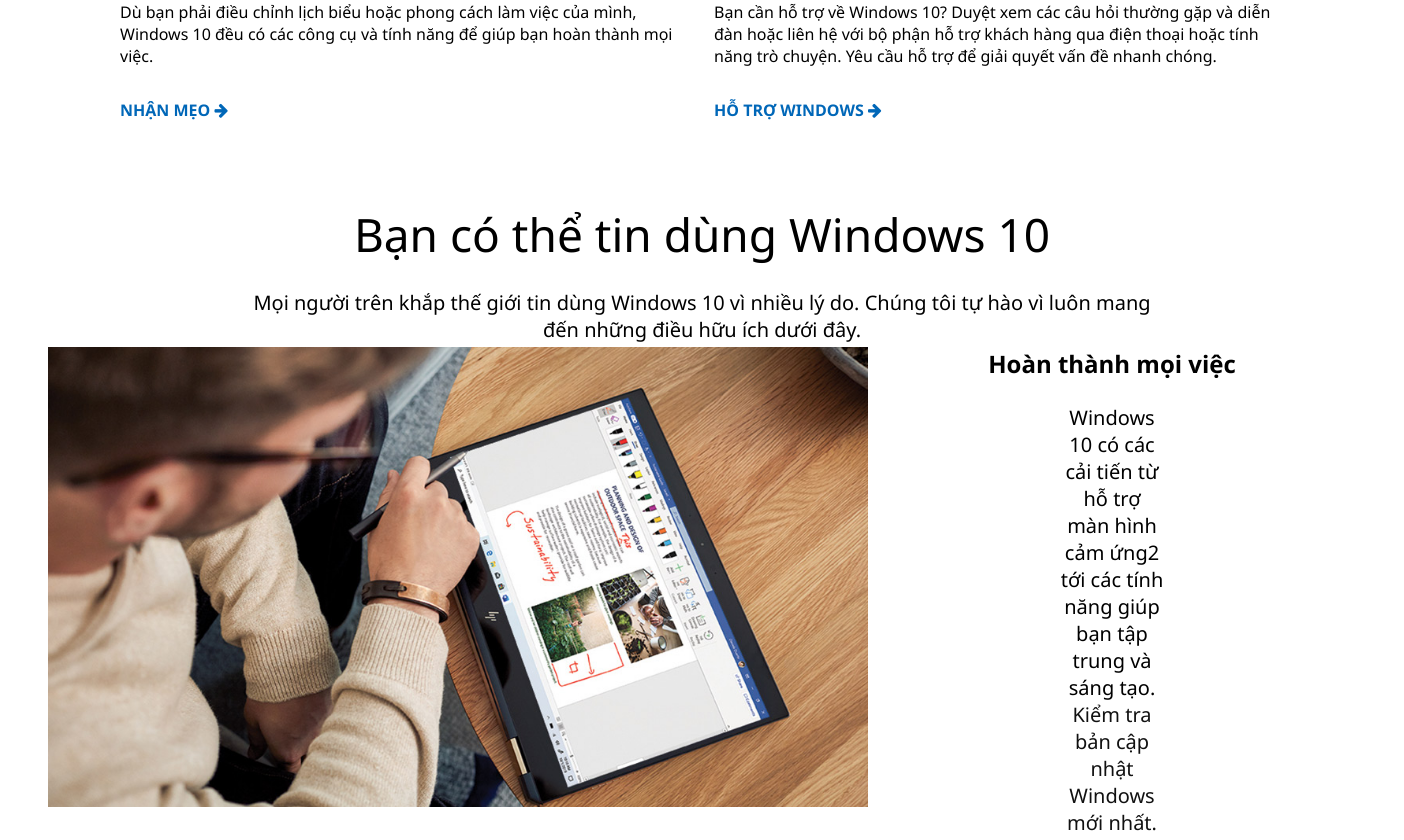
Repository: hoangphuong965/clone-Microsoft---practice
Page: index.html
An editor plug-in stored every save of this project. The page is shown before and after the next save, followed by the edit.
The browser window is 1280 px wide. The page is 1404 px wide, so the pictures cover 1404 px, including what lies to the right of the window. The pictures show the part of the page from y = 1263 to 2103 px (the page is 2103 px tall).

Above is the page before, as saved 2020-06-10 20:52:24.

After the next save:
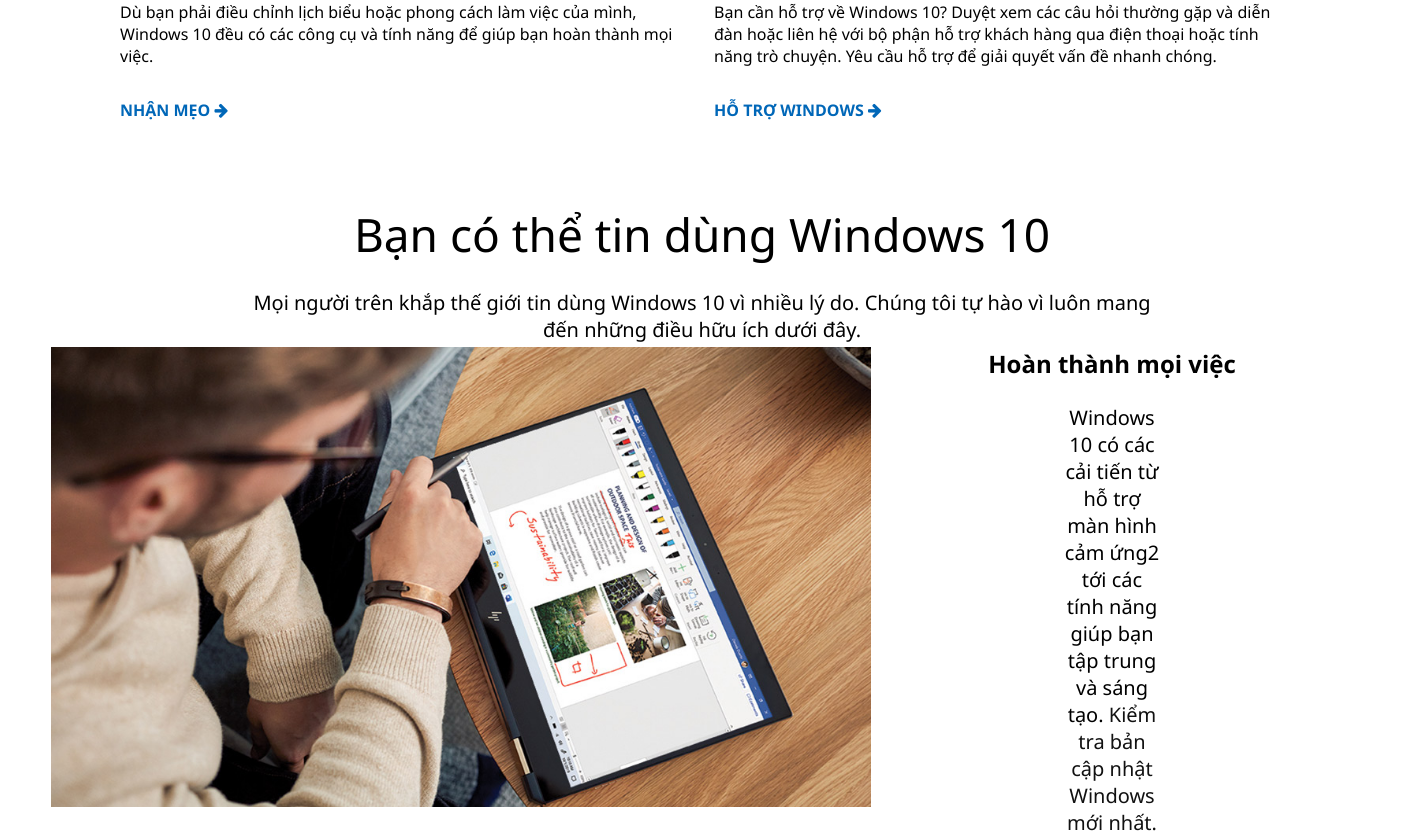
Saved 37 s later.
--- a/style.css
+++ b/style.css
@@ -131,7 +131,7 @@
 /* feature */
 .feature {
   text-align: center;
-  padding: 0rem 3rem ;
+  padding: 0rem 3.2rem ;
 }
 .feature h1 {
   font-size: 46px;
